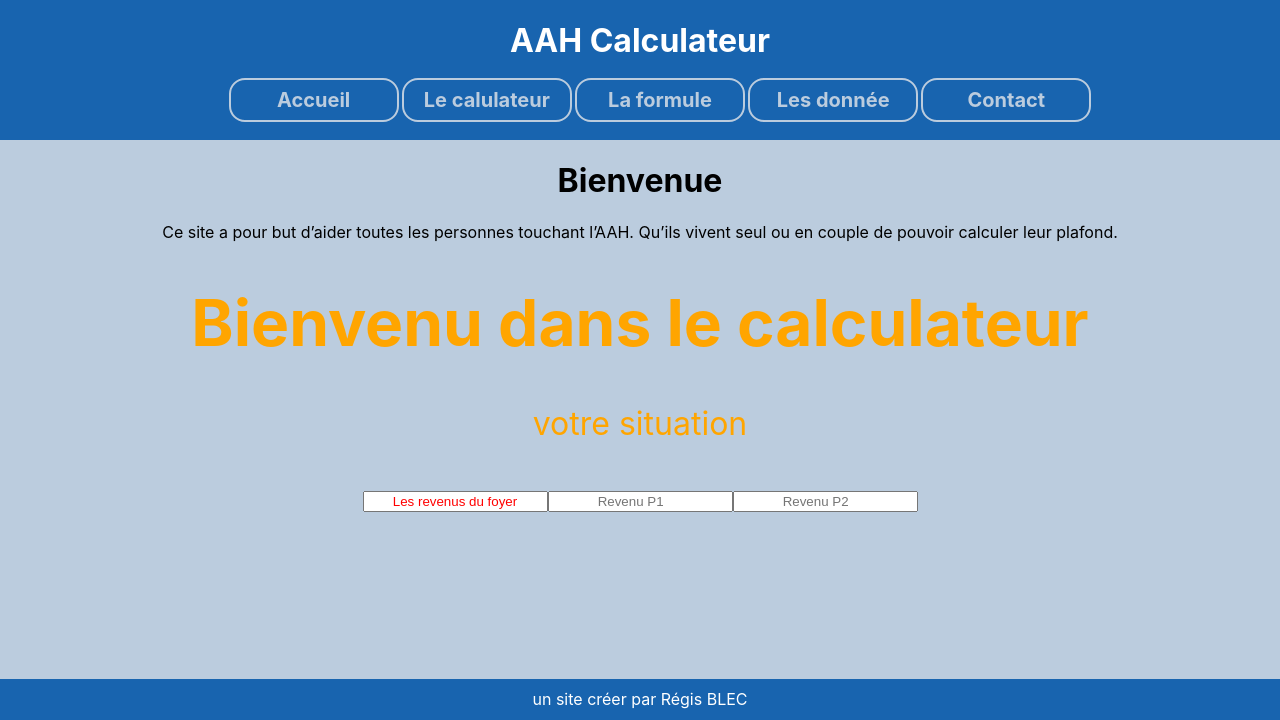
Repository: Cide74/calculateur-aah
Page: /
These files come from the project's save history. The page is drawn as it stood at one moment and after the next save; the edit follows.
The browser window is 1280 px wide. The pictures show the whole page.
The project was rebuilt for these pictures with package versions that can differ from the ones it lists, and the page was loaded fresh each time.

Above is the page before, as saved 2021-04-05 17:26:06.

After the next save:
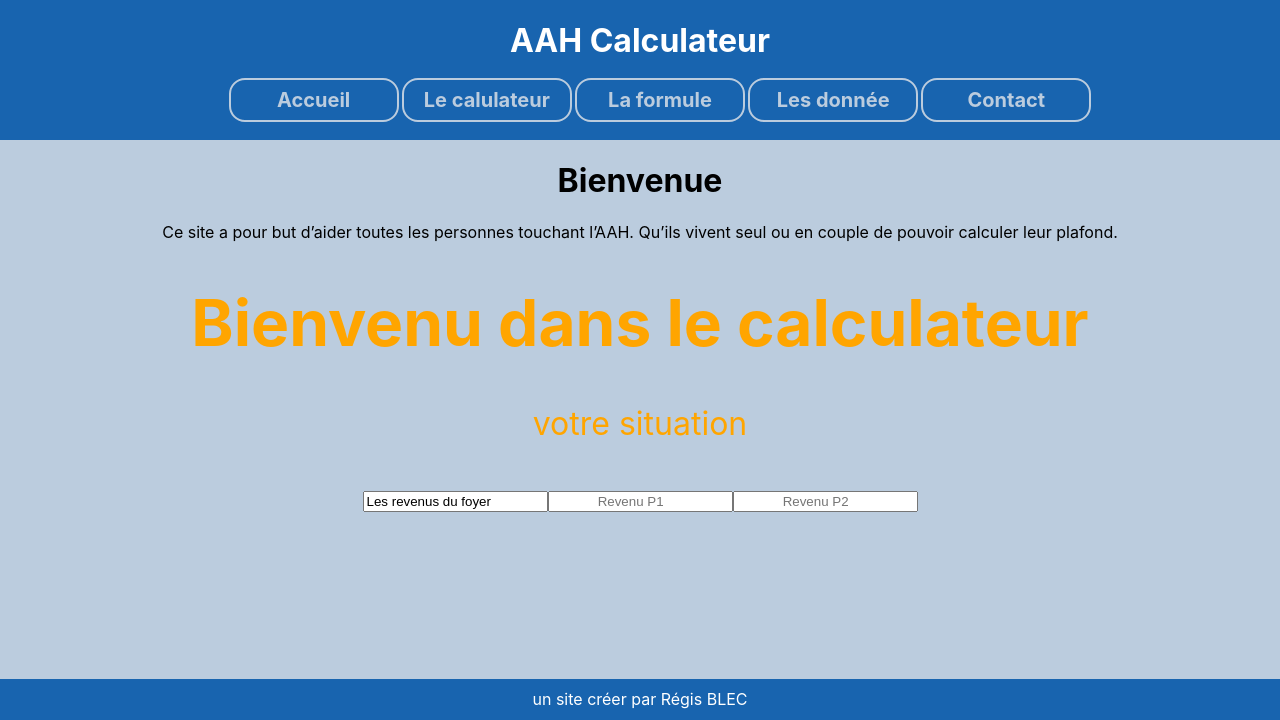
Saved 4 s later.
--- a/src/components/Calculator/Calculator.js
+++ b/src/components/Calculator/Calculator.js
@@ -25,7 +25,7 @@ export default function Calculator() {
         <div className="field-revenu">
           <input
             type='text'
-            className='field-input-revenu'
+            className='field-input-revenu-text'
             onChange= ''
             value="Les revenus du foyer"
             name='revenu-text'
